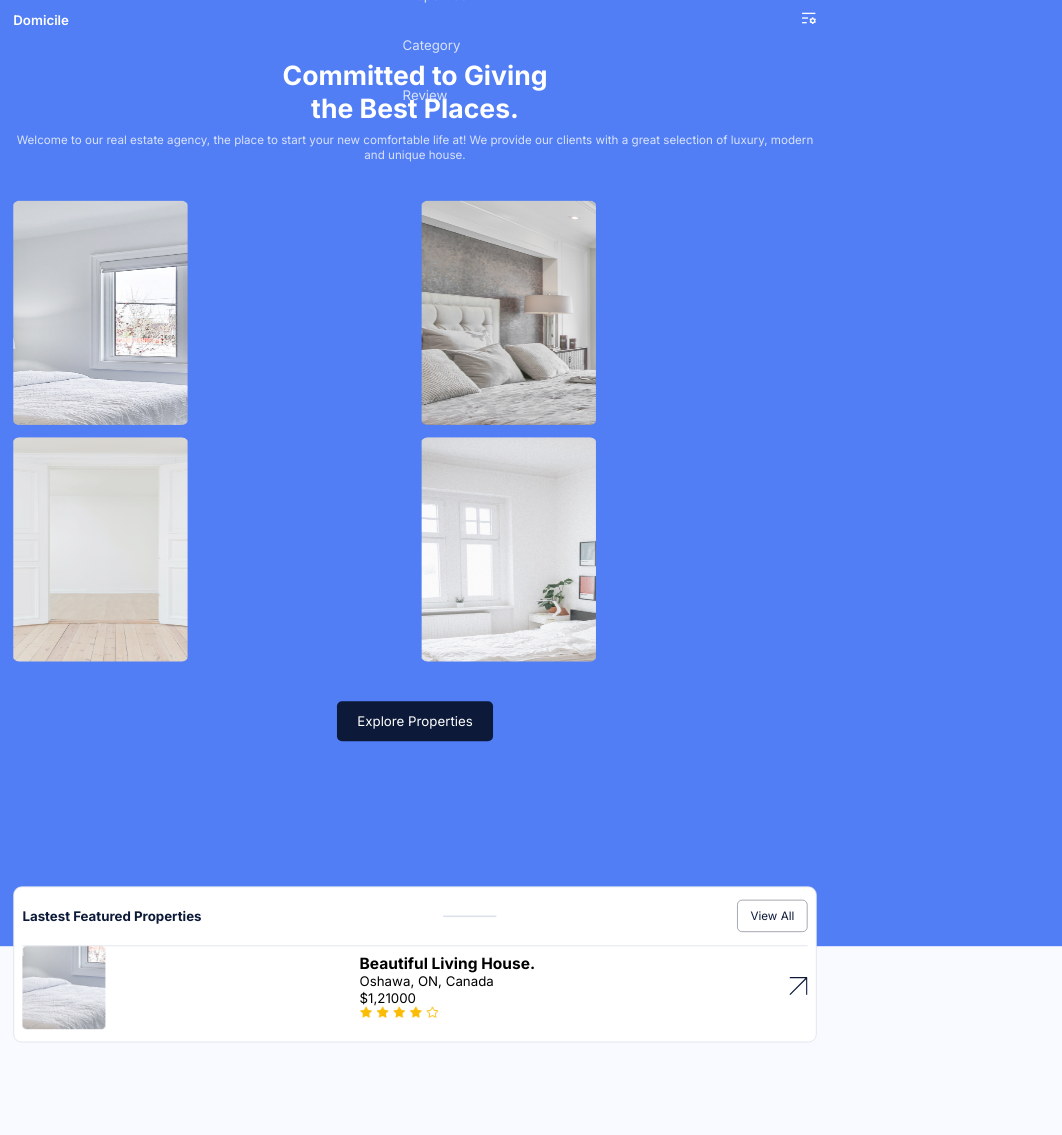
Repository: haokiet2501/domicile-real-estate
Page: index.html
These files come from the project's save history. The page is drawn as it stood at one moment and after the next save; the edit follows.
The browser window is 1280 px wide. The pictures show the whole page, at 83% of full size.
The style sheet was rebuilt from its Sass, Less or Tailwind sources for each picture, by a compiler version that may differ from the author's.

Above is the page before, as saved 2022-06-11 16:16:00.

After the next save:
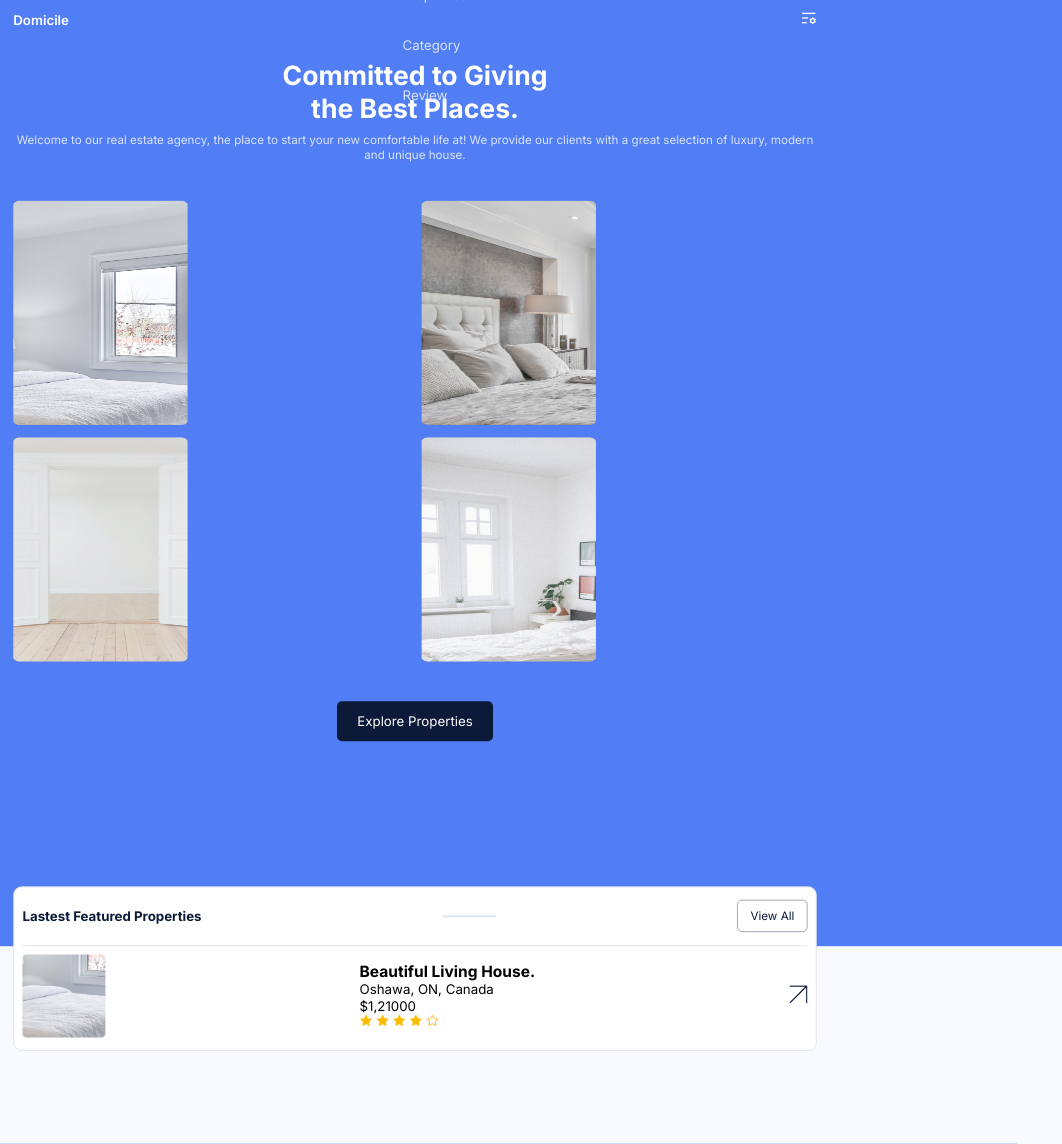
Saved 7 s later.
--- a/sass/main/_main.scss
+++ b/sass/main/_main.scss
@@ -206,7 +206,7 @@
         display: flex;
         justify-content: space-between;
         align-items: center;
-
+        margin-top: 10px;
 
         &-img {
             width: 100px;
